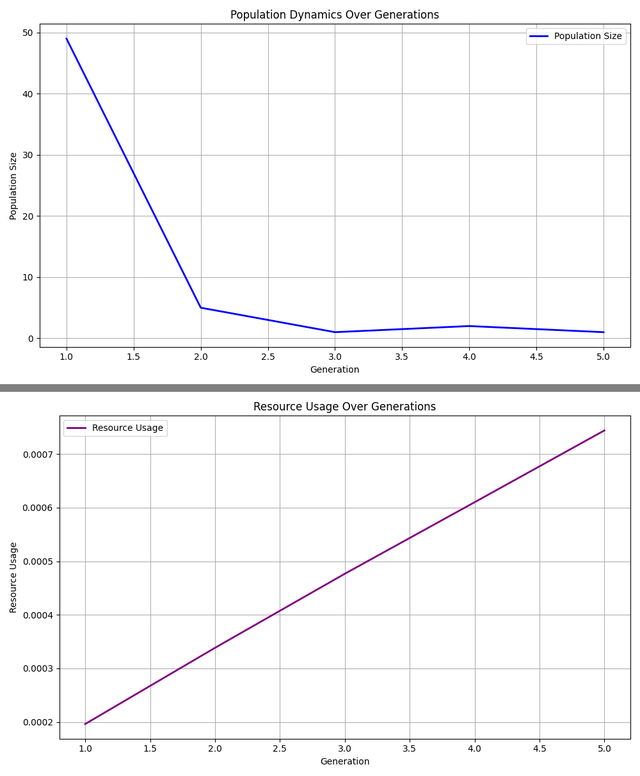
Repository: Christopher-Xu1/CaveEvolutionSimulator
Script's output: python src/simulation.py
The author's editor kept a copy of each file at every save. The script's output is drawn from the files as they stood at one save, then again after the next save.
The pictures are shown at 64% of full size.
Each picture stacks the figures in order, with grey between them; figures that are only written to a file come last. Random numbers start from a fixed seed.

Above is the script's output before, as saved 2024-12-20 18:01:17.
Error (its wording comes from the project's code and is left out).

### src/simulation.py
import numpy as np
import random
from environment import Environment
from organism import Organism
from evolution import update_optimal_traits
import matplotlib.pyplot as plt


def run_simulation(
    num_decades,
    initial_population_size,
    preset_name,
    num_patches,
    fitness_threshold,
    egg_count,
    carrying_capacity
):
    mutation_rate = 0.0026
    num_generations = num_decades * 10  # 10 generations per decade
    environment = Environment(num_patches=num_patches, preset=Environment.cave_presets(preset_name))

    # Assign a unique integer ID to each patch
    for idx, patch in enumerate(environment.patches):
        patch['id'] = idx

    population = [Organism() for _ in range(initial_population_size)]

    # Data collection
    population_sizes = []
    average_fitness = []
    trait_averages = {
        "pigmentation": [],
        "eye_size": [],
        "metabolic_rate": [],
        "lateral_line": [],
        "olfactory_bulb": []
    }

    # Tracking resource usage (optional)
    resource_usage_over_time = []

    for generation in range(1, num_generations + 1):
        for patch in environment.patches:
            update_optimal_traits(patch)

        # Move organisms to patches and calculate fitness
        for organism in population:
            organism.move_to_patch(environment)
            organism.calculate_fitness(organism.environment_patch)

        # Calculate and store average fitness
        if population:
            avg_fit = np.mean([org.fitness for org in population])
        else:
            avg_fit = 0
        average_fitness.append(avg_fit)

        # Calculate and store average traits
        for trait, values in trait_averages.items():
            if population:
                avg_trait = np.mean([org.genetics[trait] for org in population])
            else:
                avg_trait = 0
            values.append(avg_trait)

        # Print generation information
        print(f"Generation {generation}:")
        print(f"  Population Size: {len(population)}")
        print(f"  Average Fitness: {avg_fit:.4f}")
        print("  Trait Averages:")
        for trait, values in trait_averages.items():
            print(f"    {trait}: {values[-1]:.4f}")

        # Calculate surviving probabilities using probabilistic selection based on fitness
        surviving_population = [org for org in population if random.random() < org.fitness]

        if not surviving_population:
            print(f"Generation {generation}: Population extinct!")
            break

        # Reproduction and mutation
        offspring_population = []
        offspring_counts = []
        total_potential_offspring = 0

        # Calculate potential offspring counts
        for organism in surviving_population:
            # Get food availability of the current patch
            food_availability = organism.environment_patch.get('food_availability')
            # Calculate reproductive capability
            reproductive_capability = (organism.fitness ** 2) * ((egg_count) * (0.5+food_availability) / egg_count)
            # Introduce slight randomness to offspring count
            count = max(0,int(random.gauss(reproductive_capability, 1)))
            offspring_counts.append(count)


        # Initialize a set to track organisms that have already reproduced
        reproduced_set = set()

        # Create offspring using adjusted counts
        for organism, num_offspring in zip(surviving_population, offspring_counts):
            if organism in reproduced_set:
                continue  # Skip if already reproduced
            for _ in range(num_offspring):
                # Select a parent who has not yet reproduced and is not the current organism
                eligible_parents = [p for p in surviving_population if p not in reproduced_set and p != organism]
                if eligible_parents:
                    parent = random.choice(eligible_parents)
                else:
                    parent = organism  # If no eligible parents, reproduce with self
                # Reproduce to create an offspring
                offspring = organism.reproduce(organism, parent)
                offspring.environment_patch = parent.environment_patch.copy()  # Use a copy to prevent shared references
                offspring.mutate(mutation_rate)
                offspring_population.append(offspring)
            # Mark the organism as having reproduced
            reproduced_set.add(organism)

        # Update population with offspring
        population = offspring_population

        # Initialize a dictionary to count organisms per patch using patch IDs
        patch_population = {patch['id']: 0 for patch in environment.patches}

        for org in population:
            patch_id = org.environment_patch['id']
            patch_population[patch_id] += 1

        # Reduce food availability in each patch based on population and metabolic rate
        for patch in environment.patches:
            patch_id = patch['id']
            count = patch_population[patch_id]
            food_consumed = (count * patch['food_availability'] *  trait_averages["metabolic_rate"][- 1]) / carrying_capacity
            patch['food_availability'] = max(patch['food_availability'] - food_consumed, 0)
            print(f"Patch {patch_id}: Food consumed = {food_consumed:.4f}, Remaining food = {patch['food_availability']:.4f}")

        # Track resource usage
        resource_usage = (sum(patch['food_availability'] for patch in environment.patches) * np.mean(trait_averages["metabolic_rate"])) / carrying_capacity
        resource_usage_over_time.append(resource_usage)

        environment.replenish_food()

        # Collect population size data
        population_sizes.append(len(population))

    # Plotting Results
    plot_results_separate(population_sizes, average_fitness, trait_averages, resource_usage_over_time)


def plot_results_separate(population_sizes, average_fitness, trait_averages, resource_usage_over_time):
    generations = range(1, len(population_sizes) + 1)

    # Plot Population Size
    plt.figure(figsize=(10, 6))
    plt.plot(generations, population_sizes, label="Population Size", color="blue", linewidth=2)
    plt.xlabel("Generation")
    plt.ylabel("Population Size")
    plt.title("Population Dynamics Over Generations")
    plt.legend()
    plt.grid(True)
    plt.tight_layout()
    plt.show()

    # Plot Resource Usage Over Generations
    plt.figure(figsize=(10, 6))
    plt.plot(generations, resource_usage_over_time, label="Resource Usage", color="purple", linewidth=2)
    plt.xlabel("Generation")
    plt.ylabel("Resource Usage")
    plt.title("Resource Usage Over Generations")
    plt.legend()
    plt.grid(True)
    plt.tight_layout()
    plt.show()

    # Plot Average Fitness
    plt.figure(figsize=(10, 6))
    plt.plot(generations, average_fitness, label="Average Fitness", color="green", linewidth=2)
    plt.xlabel("Generation")
    plt.ylabel("Average Fitness")
    plt.title("Fitness Trends Over Generations")
    plt.legend()
    plt.grid(True)
    plt.tight_layout()
    plt.show()

    # Plot Trait Averages Together
    plt.figure(figsize=(10, 6))
    for trait, averages in trait_averages.items():
        plt.plot(generations, averages, label=f"Average {trait.capitalize()}", linewidth=2)
    plt.xlabel("Generation")
    plt.ylabel("Average Trait Value")
    plt.title("Trait Evolution Over Generations")
    plt.legend()
    plt.grid(True)
    plt.tight_layout()
    plt.show()


if __name__ == "__main__":
    # Uncomment the following block to enable user inputs
    """
    try:
        num_decades = int(input("Enter simulation runtime in decades: "))
        initial_population_size = int(input("Enter initial population size: "))
        preset_name = input("Enter cave preset (default_cave, rich_cave, harsh_cave): ")
        fitness_threshold = float(input("Enter minimum fitness threshold (e.g., 0.2): "))
        num_patches=int(input("Enter number of cave patches (1-5): "))
        egg_count = int(input("Enter egg count per reproduction event (e.g., 3000 for Astyanax mexicanus, 50 for mammoth cave fish): "))
        carrying_capacity = int(input("Enter carrying capacity (usually 500-5000): "))
    except ValueError as e:
        print(f"Invalid input: {e}")
        exit(1)
    """

    # Run the simulation with predefined parameters
    run_simulation(
        num_decades=10,
        initial_population_size=500,
        preset_name="default_cave",
        num_patches=1,
        fitness_threshold=0.7,
        egg_count=50,
        carrying_capacity=1000
    )
    # To use user inputs, comment out the above run_simulation call and uncomment the block above.

### src/environment.py
import random
class Environment:
    def __init__(self, num_patches=1, preset=None):
        self.patches = []
        if preset:
            for _ in range(num_patches):
                patch = preset.copy()
                patch['optimal_traits'] = preset['optimal_traits'].copy()
                self.patches.append(patch)
        else:
            for _ in range(num_patches):
                self.patches.append({
                    'light_level': random.uniform(0, 1),
                    'food_availability': random.uniform(0, 1),
                    'temperature': random.uniform(10, 20),
                    'optimal_traits': {
                        'pigmentation': 0.0,
                        'eye_size': 0.0,
                        'metabolic_rate': 0.3,
                        'lateral_line': 0.7,
                        'olfactory_bulb': 0.8,
                    }
                })

    def change_conditions(self, changes=None):
        for patch in self.patches:
            if changes:
                for key, value in changes.items():
                    patch[key] = value
            else:
                patch['light_level'] = max(0, min(1, patch['light_level'] + random.uniform(-0.1, 0.1)))
                patch['food_availability'] = max(0, min(1, patch['food_availability'] + random.uniform(-0.1, 0.1)))
    def replenish_food(self):
        for patch in self.patches:
            patch['food_availability'] = max(0, patch['food_availability']+0.3)


    def get_patch(self):
        if not self.patches:
            raise ValueError("Environment has no patches available.")
        return random.choice(self.patches)

    @staticmethod
    def cave_presets(preset_name):
        """
        Retrieve predefined cave presets for environmental conditions.

        :param preset_name: Name of the preset to retrieve.
        :return: A dictionary representing the preset configuration.
        """
        presets = {
            "default_cave": {
                'light_level': 0.0,
                'food_availability': 0.4,
                'temperature': 15.0,
                'optimal_traits': {
                    'pigmentation': 0.0,          # Energy-saving regressive trait
                    'eye_size': 0.0,             # Energy-saving regressive trait
                    'metabolic_rate': 0.2,       # Moderate energy requirement
                    'lateral_line': 0.7,         # Enhanced sensory adaptation
                    'olfactory_bulb': 0.8        # High olfactory adaptation
                }
            },
            "rich_cave": {
                'light_level': 0.1,
                'food_availability': 0.7,
                'temperature': 18.0,
                'optimal_traits': {
                    'pigmentation': 0.1,          # Slight energy savings
                    'eye_size': 0.1,             # Minimal eye regression
                    'metabolic_rate': 0.4,       # Higher metabolic cost (rich resources)
                    'lateral_line': 0.8,         # Strong lateral line adaptation
                    'olfactory_bulb': 0.9        # Very high olfactory adaptation
                }
            },
            "harsh_cave": {
                'light_level': 0.0,
                'food_availability': 0.2,
                'temperature': 12.0,
                'optimal_traits': {
                    'pigmentation': 0.0,          # Full regression
                    'eye_size': 0.0,             # Full regression
                    'metabolic_rate': 0.1,       # Low energy cost (scarce resources)
                    'lateral_line': 0.6,         # Moderate sensory adaptation
                    'olfactory_bulb': 0.7        # High olfactory adaptation
                }
            }
        }
        return presets.get(preset_name, presets["default_cave"])

### src/organism.py
import random
import numpy as np
class Organism:
    def __init__(self, genetics=None):
        if genetics is not None:
            self.genetics = genetics
        else:
            self.genetics = {
                'pigmentation': max(0,random.gauss(0.5, 0.181)),  # Regressive trait
                'eye_size': max(0, random.gauss(0.5, 0.181)),      # Regressive trait
                'lateral_line': max(0,random.gauss(0.5, 0.181)),  # Adaptive trait
                'olfactory_bulb': max(0,random.gauss(0.5, 0.181)) # Adaptive trait
            }
            self.genetics['metabolic_rate']= (self.genetics['pigmentation']+self.genetics['eye_size'] + self.genetics['lateral_line'] + self.genetics['olfactory_bulb'])/4

        self.fitness = 0
        self.environment_patch = None

    def mutate(self, mutation_rate):
        for trait in self.genetics:
            if random.random() < mutation_rate:
                mutation_amount = random.gauss(0, 0.1)
                self.genetics[trait] = max(0, min(1, self.genetics[trait] + mutation_amount))

    @staticmethod
    def reproduce(parent1, parent2):
        child_genetics = {
            trait: random.choice(
                [parent1.genetics[trait], parent2.genetics[trait]]
            )
            for trait in parent1.genetics
        }
        return Organism(genetics=child_genetics)

    def calculate_fitness(self, environment_patch):
        if environment_patch is None or 'optimal_traits' not in environment_patch:
            raise ValueError("Invalid environment patch. Cannot calculate fitness.")

        optimal_traits = environment_patch['optimal_traits']

        # Contribution from regressive traits (energy savings)
        W_r = (
            0.2 * (1 - self.genetics['pigmentation']) +
            0.3 * (1 - self.genetics['eye_size'])
        )

        # Contribution from adaptive traits (sensory enhancements)
        W_a = (
            0.25 * (1 - abs(self.genetics['lateral_line'] - optimal_traits.get('lateral_line'))) +
            0.25 * (1 - abs(self.genetics['olfactory_bulb'] - optimal_traits.get('olfactory_bulb')))
        )

        # Energy cost (metabolic rate and maintenance)
        C = 0.4 * self.genetics['metabolic_rate']

        # Fitness calculation
        self.fitness = max(0, W_r + W_a - C)

        # Debugging: Print organism's traits and calculated fitness
        # print(f"Traits: {self.genetics}, Fitness: {self.fitness:.4f}")

    def move_to_patch(self, environment):
        self.environment_patch = environment.get_patch()

### src/evolution.py
def update_optimal_traits(patch: dict):
    food_availability = patch.get('food_availability')
    # Logistic scaling for traits
    patch['optimal_traits']['metabolic_rate'] = max(0.1, food_availability)

After the next save:
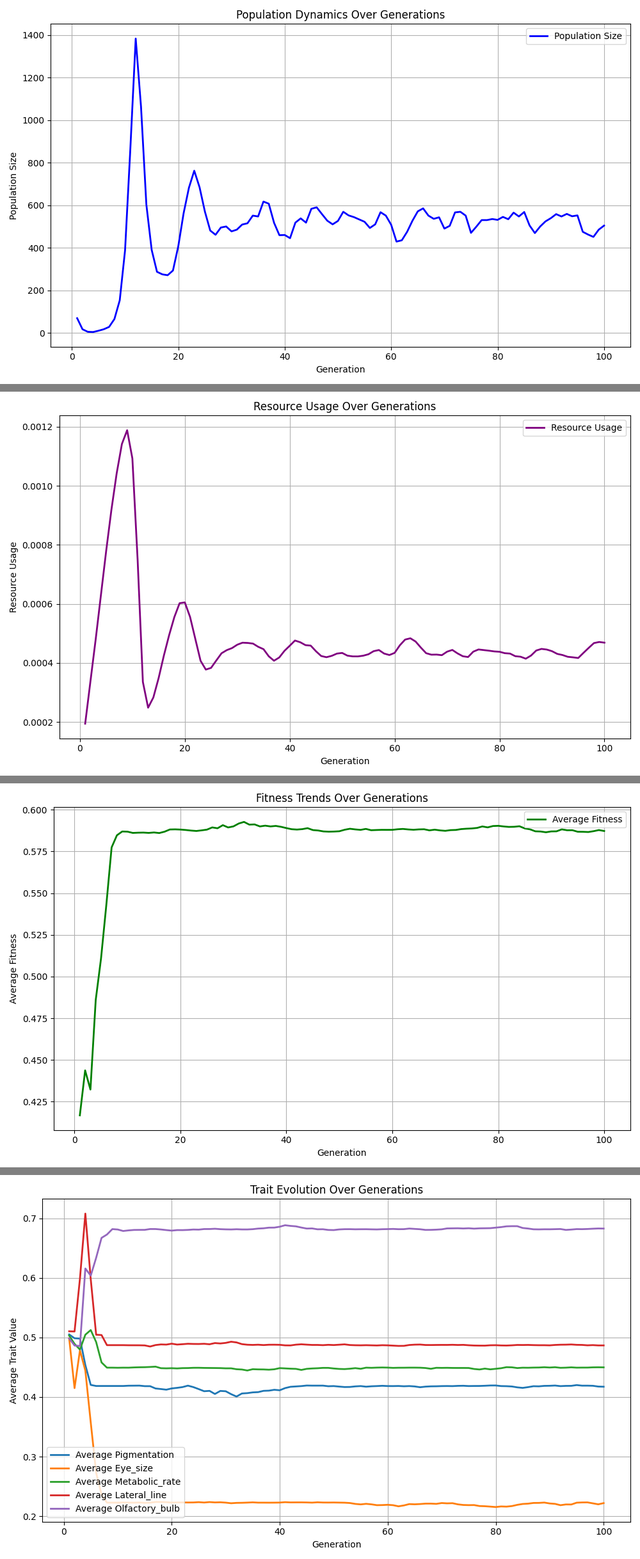
The error is gone.
Saved 14 s later.
--- a/src/simulation.py
+++ b/src/simulation.py
@@ -88,7 +88,7 @@ def run_simulation(
             # Get food availability of the current patch
             food_availability = organism.environment_patch.get('food_availability')
             # Calculate reproductive capability
-            reproductive_capability = (organism.fitness ** 2) * ((egg_count) * (0.5+food_availability) / egg_count)
+            reproductive_capability = (organism.fitness ** 2) * ((egg_count) * (5*food_availability) / egg_count)
             # Introduce slight randomness to offspring count
             count = max(0,int(random.gauss(reproductive_capability, 1)))
             offspring_counts.append(count)
